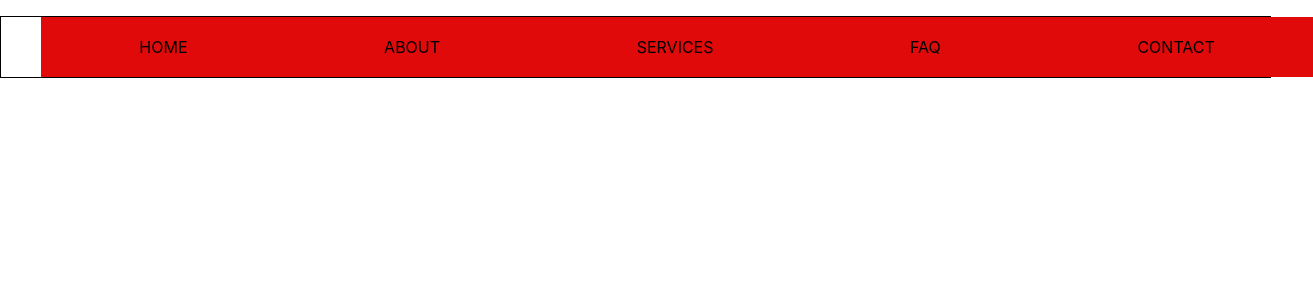
Repository: sriram1224/reactas1.github.io
Page: /
An editor plug-in stored every save of this project. The page is shown before and after the next save, followed by the edit.
The browser window is 1280 px wide. The page is 1313 px wide, so the pictures cover 1313 px, including what lies to the right of the window. The pictures show the whole page.
The project was rebuilt for these pictures with package versions that can differ from the ones it lists, and the page was loaded fresh each time.

Above is the page before, as saved 2024-03-05 06:56:42.

After the next save:
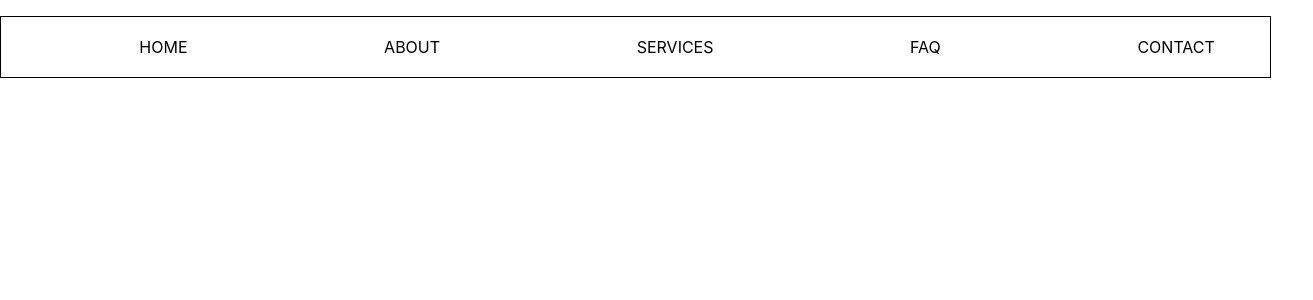
Saved 8 s later.
--- a/src/Components/Nav.css
+++ b/src/Components/Nav.css
@@ -17,7 +17,7 @@
 .Nav ul li{
     padding: 20px 8%;
 
-    background-color: rgb(224, 10, 10);
+
     text-align: center;
 }
 .Nav ul li::first-child{
